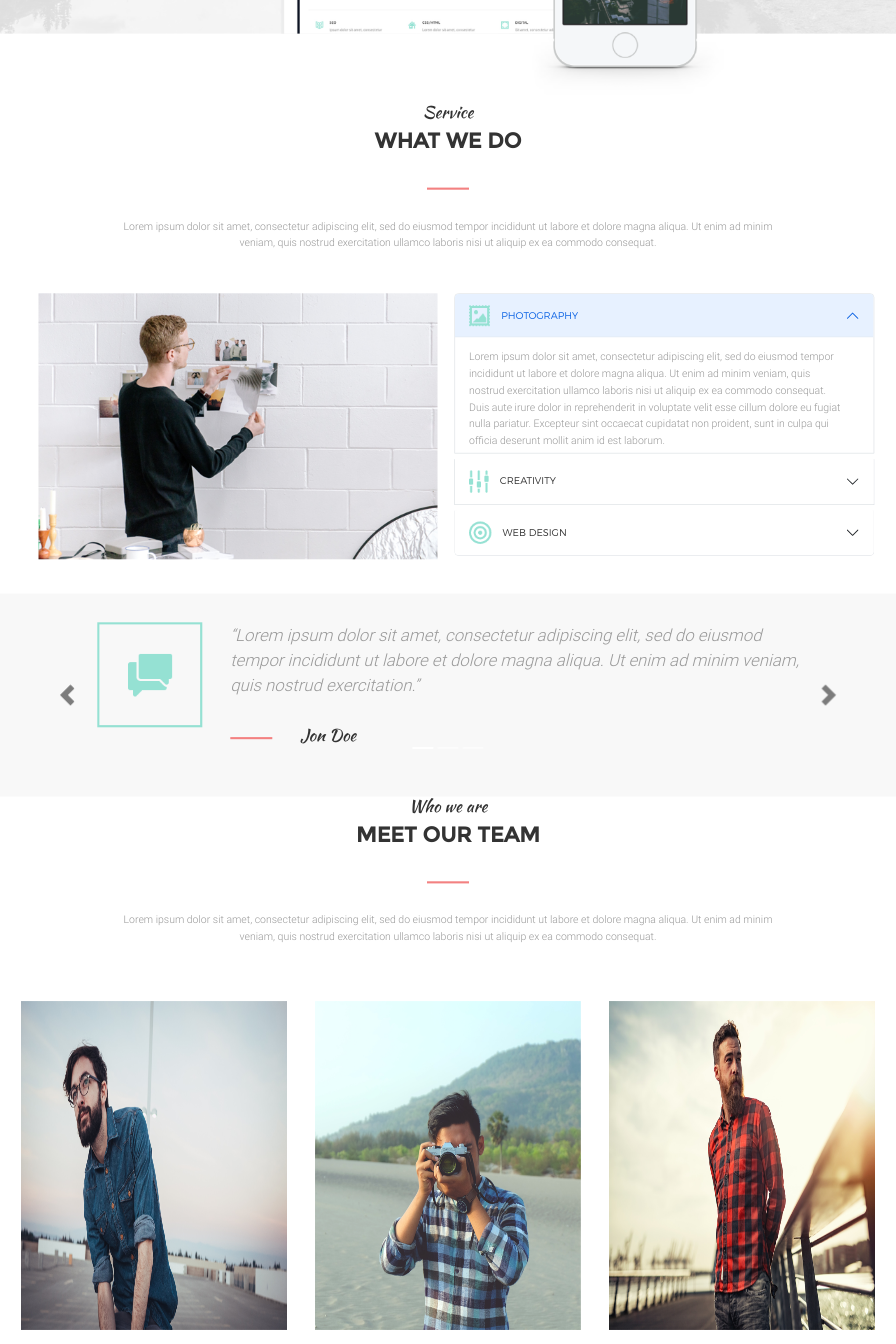
Repository: RaffiBarseghyan/mogo
Page: /
The author's editor kept a copy of each file at every save. The page is drawn from the files as they stood at one save, then again after a run of saves.
The browser window is 1280 px wide. The pictures show the part of the page from y = 3380 to 5300 px (the page is 5300 px tall), at 70% of full size.
The project was rebuilt for these pictures with package versions that can differ from the ones it lists, and the page was loaded fresh each time.

Above is the page before, as saved 2023-05-12 23:21:46.

### src/App.jsx
import "./App.css";
import "bootstrap/dist/css/bootstrap.min.css";
import "bootstrap/dist/js/bootstrap.bundle";
import Header from "./Pages/Header/header";
import AboutUs from "./Pages/AboutUs/aboutUs";
import WorkWith from "./Pages/WorkWith/workWith";
import AllDevice from "./Pages/AllDevice/allDevice";
import Service from "./Pages/ServicePage/service";
import WeAre from "./Pages/WeAre/weAre";

function App() {
  return (
    <div className="App">
      <Header />
      <AboutUs />
      <WorkWith />
      <AllDevice />
      <Service />
      <WeAre />
    </div>
  );
}

export default App;

### src/Pages/AboutUs/aboutUs.jsx
import style from "./aboutUs.module.scss";
import aboutUs1 from "../../Assets/Images/aboutUs1.png";
import aboutUs2 from "../../Assets/Images/aboutUs2.png";
import aboutUs3 from "../../Assets/Images/aboutUs3.png";
import user from "../../Assets/Images/USERS.png";

function AboutUs() {
  return (
    <>
      <div className={style.aboutUs}>
        <h3>What we do</h3>
        <h2>Story about us</h2>
        <div className={style.line}></div>
        <p>
          Lorem ipsum dolor sit amet, consectetur adipiscing elit, sed do
          eiusmod tempor incididunt ut labore et dolore magna aliqua. Ut enim ad
          minim <br />
          veniam, quis nostrud exercitation ullamco laboris nisi ut aliquip ex
          ea commodo consequat.
        </p>
        <div className="d-flex justify-content-center flex-wrap ">
          <div className={style.imgDiv}>
            <img src={user} alt="" className={style.user} />
            <p>SUPER TEAM</p>
            <img src={aboutUs1} alt="" className={style.aboutImg} />
          </div>
          <div className={style.imgDiv}>
            <img src={user} alt="" className={style.user} />
            <p>SUPER TEAM</p>
            <img src={aboutUs2} alt="" className={style.aboutImg} />
          </div>
          <div className={style.imgDiv}>
            <img src={user} alt="" className={style.user} />
            <p>SUPER TEAM</p>
            <img src={aboutUs3} alt="" className={style.aboutImg} />
          </div>
        </div>
      </div>

      <div
        className={`${style.aboutUsFooter} d-flex justify-content-center align-items-center flex-wrap`}
      >
        <div className={style.first_line}>
          <h2>42</h2>
          <p>Web Design Projects</p>
        </div>
        <div>
          <h2>123</h2>
          <p>happy client</p>
        </div>
        <div>
          <h2>15</h2>
          <p>award winner</p>
        </div>
        <div>
          <h2>99</h2>
          <p>cup of coffee</p>
        </div>
        <div>
          <h2>24</h2>
          <p>members</p>
        </div>
      </div>
    </>
  );
}

export default AboutUs;

### src/Pages/WorkWith/workWith.jsx
import style from "./workWith.module.scss";
import ALARM from "../../Assets/Images/ALARM.png";
import LINEGRAPH from "../../Assets/Images/LINEGRAPH.png";
import COMPUTER_OK from "../../Assets/Images/COMPUTER_OK.png";
import BOOK from "../../Assets/Images/BOOK.png";
import HOME from "../../Assets/Images/HOME.png";
import IMAGE from "../../Assets/Images/IMAGE.png";

function WorkWith() {
  return (
    <>
      <div className={style.workWith}>
        <h3>We work with</h3>
        <h2>Amazing Services</h2>
        <div className={style.line}></div>

        <div
          className={`${style.workWithFooter} d-flex flex-wrap justify-content-center container`}
        >
          <div className={`d-flex ${style.box1}`}>
            <div>
              <img src={ALARM} alt="" />
            </div>
            <div>
              <h2>Photography</h2>
              <p>
                Lorem ipsum dolor sit amet, consectetur <br />
                adipiscing elit, sed do eiusmod tempor.
              </p>
            </div>
          </div>
          <div className={`d-flex ${style.box2}`}>
            <div>
              <img src={LINEGRAPH} alt="" />
            </div>
            <div>
              <h2>Web Design</h2>
              <p>
                Ipsum dolor sit amet, consectetur <br />
                adipiscing elit, sed do eiusmod tempor.
              </p>
            </div>
          </div>
          <div className={`d-flex ${style.box3}`}>
            <div>
              <img src={COMPUTER_OK} alt="" />
            </div>
            <div>
              <h2>Creativity</h2>
              <p>
                Dolor sit amet, consectetur adipiscing elit, <br />
                sed do eiusmod tempor.
              </p>
            </div>
          </div>
          <div className={`d-flex ${style.box4}`}>
            <div>
              <img src={BOOK} alt="" />
            </div>
            <div>
              <h2>seo</h2>
              <p>
                Ipsum dolor sit amet, consectetur <br />
                adipiscing elit, sed do eiusmod.
              </p>
            </div>
          </div>
          <div className={`d-flex ${style.box5}`}>
            <div>
              <img src={HOME} alt="" />
            </div>
            <div>
              <h2>Css/Html</h2>
              <p>
                Lorem dolor sit amet, consectetur <br />
                adipiscing elit, sed do tempor.
              </p>
            </div>
          </div>
          <div className={`d-flex ${style.box6}`}>
            <div>
              <img src={IMAGE} alt="" />
            </div>
            <div>
              <h2>digital</h2>
              <p>
                Sit amet, consectetur adipiscing elit, sed do <br />
                eiusmod tempor.
              </p>
            </div>
          </div>
        </div>
      </div>
    </>
  );
}

export default WorkWith;

### src/Pages/AllDevice/allDevice.jsx
import style from "./allDevice.module.scss";
import ipad from "../../Assets/Images/ipad.png";
import iphone from "../../Assets/Images/iphone.png";

function AllDevice() {
  return (
    <>
      <div className={`${style.allDevice}`}>
        <div className={style.allDeviceBg}>
          <h3>For all devices</h3>
          <h2>Unique design</h2>
          <div className={style.line}></div>
          <img src={ipad} alt="" className={style.ipad}/>
          <img src={iphone} alt="" className={style.iphone} />
        </div>
      </div>
    </>
  );
}

export default AllDevice;

### src/Pages/WeAre/weAre.jsx
import style from "./weAre.module.scss";
import admin1 from "../../Assets/Images/admin1.png";
import admin2 from "../../Assets/Images/admin2.png";
import admin3 from "../../Assets/Images/admin3.png";

function WeAre() {
  return (
    <>
      <div className={`${style.WeAre}`}>
        <h3>Who we are</h3>
        <h2>Meet our team</h2>
        <div className={style.line}></div>
        <p>
          Lorem ipsum dolor sit amet, consectetur adipiscing elit, sed do
          eiusmod tempor incididunt ut labore et dolore magna aliqua. Ut enim ad
          minim <br />
          veniam, quis nostrud exercitation ullamco laboris nisi ut aliquip ex
          ea commodo consequat.
        </p>

        <div className="d-flex justify-content-center flex-wrap ">
          <div className={style.imgDiv}>
            {/* <img src={user} alt="" className={style.user} /> */}
            <p>SUPER TEAM</p>
            <img src={admin1} alt="" className={style.aboutImg} />
          </div>
          <div className={style.imgDiv}>
            {/* <img src={user} alt="" className={style.user} /> */}
            <p>SUPER TEAM</p>
            <img src={admin2} alt="" className={style.aboutImg} />
          </div>
          <div className={style.imgDiv}>
            {/* <img src={user} alt="" className={style.user} /> */}
            <p>SUPER TEAM</p>
            <img src={admin3} alt="" className={style.aboutImg} />
          </div>
        </div>
      </div>
    </>
  );
}

export default WeAre;

### src/Pages/AboutUs/aboutUs.module.scss
@font-face {
  font-family: Montserrat;
  src: url("../../Assets/Fonts/montserrat/Montserrat-Light.otf")
    format("truetype");
}

@font-face {
  font-family: Montserrat_mid;
  src: url("../../Assets/Fonts/montserrat/Montserrat-Regular.ttf")
    format("truetype");
}

@font-face {
  font-family: Montserrat_bold;
  src: url("../../Assets/Fonts/montserrat/Montserrat-ExtraBold.otf")
    format("truetype");
}

@font-face {
  font-family: kaushan;
  src: url("../../Assets/Fonts/kaushan-script/kaushan-script.kaushanscript-regular.otf")
    format("truetype");
}

@font-face {
  font-family: Roboto;
  src: url("../../Assets/Fonts/robotofont/Roboto-Light.ttf") format("truetype");
}

.aboutUs {
  min-height: 750px;
  display: flex;
  flex-direction: column;
  align-items: center;
  justify-content: center;
  h3 {
    font-size: 24px;
    color: #333333;
    font-weight: 400;
    font-family: "kaushan";
    text-align: center;
  }
  h2 {
    font-size: 30px;
    text-transform: uppercase;
    color: #333333;
    font-weight: 700;
    font-family: "Montserrat_mid";
    text-align: center;
  }
  p {
    font-size: 15px;
    line-height: 24px;
    color: #999999;
    font-weight: 400;
    font-family: "Roboto";
    text-align: center;
    margin-bottom: 60px;
  }
  .line {
    width: 60px;
    height: 3px;
    background-color: #f38181;
    margin: 40px;
  }
  img {
    width: 380px;
    height: 250px;
    aspect-ratio: 3/2;
    object-fit: cover;
  }

  .imgDiv {
    width: 380px;
    height: 250px;
    margin: 20px;
    transition: 0.5s;
    display: flex;
    flex-direction: column;
    justify-content: center;
    align-items: center;
    p {
      font-size: 18px;
      text-transform: uppercase;
      color: #ffffff;
      font-weight: 700;
      font-family: "Montserrat";
      text-align: center;
      display: none;
      position: absolute;
      margin-top: 80px;
    }
    .user {
      width: 32px;
      height: 23px;
      display: none;
      position: absolute;
      margin-bottom: 30px;
    }
  }

  .imgDiv:hover {
    transition: 0.5s;
    box-shadow: 10px 10px 0px 0px rgba(149, 225, 211, 1);
    -webkit-box-shadow: 10px 10px 0px 0px rgba(149, 225, 211, 1);
    -moz-box-shadow: 10px 10px 0px 0px rgba(149, 225, 211, 1);
    cursor: pointer;
    p,
    .user {
      display: block;
    }
    background: rgb(226, 204, 123);
    background: linear-gradient(
      0deg,
      rgba(226, 204, 123, 1) 0%,
      rgba(219, 116, 116, 1) 53%
    );

    .aboutImg {
      opacity: 0.2;
    }
  }
}

.aboutUsFooter {
  min-height: 270px;
  background-color: #95e1d3;
  h2 {
    font-size: 72px;
    text-transform: uppercase;
    color: #ffffff;
    font-weight: 700;
    font-family: "Montserrat_bold";
    text-align: center;
  }
  p {
    font-size: 14px;
    text-transform: uppercase;
    color: #ffffff;
    font-weight: 400;
    font-family: "Montserrat";
    text-align: center;
  }
  div {
    width: 240px;
    height: 270px;
    border-right: 1px solid #ffffff;
    border-left: 1px solid #ffffff;

    display: flex;
    flex-direction: column;
    justify-content: center;
  }
}

### src/Pages/WorkWith/workWith.module.scss
@font-face {
  font-family: Montserrat;
  src: url("../../Assets/Fonts/montserrat/Montserrat-Light.otf")
    format("truetype");
}

@font-face {
  font-family: Montserrat_mid;
  src: url("../../Assets/Fonts/montserrat/Montserrat-Regular.ttf")
    format("truetype");
}

@font-face {
  font-family: Montserrat_bold;
  src: url("../../Assets/Fonts/montserrat/Montserrat-ExtraBold.otf")
    format("truetype");
}

@font-face {
  font-family: kaushan;
  src: url("../../Assets/Fonts/kaushan-script/kaushan-script.kaushanscript-regular.otf")
    format("truetype");
}

.workWith {
  min-height: 750px;
  display: flex;
  flex-direction: column;
  align-items: center;
  justify-content: center;
  h3 {
    font-size: 24px;
    color: #333333;
    font-weight: 400;
    font-family: "kaushan";
    text-align: center;
  }
  h2 {
    font-size: 30px;
    text-transform: uppercase;
    color: #333333;
    font-weight: 700;
    font-family: "Montserrat_mid";
    text-align: center;
  }
  .line {
    width: 60px;
    height: 3px;
    background-color: #f38181;
    margin: 40px;
  }
}

.workWithFooter {
  > div {
    width: 400px;
    margin-top: 90px;
  }
  h2 {
    font-size: 14px;
    text-transform: uppercase;
    color: #333333;
    font-weight: 400;
    font-family: "Montserrat";
    text-align: start;
  }
  p {
    font-size: 15px;
    line-height: 24px;
    color: #999999;
    font-weight: 400;
    font-family: "Roboto";
    text-align: start;
  }
  img {
    margin-right: 30px;
  }
}

.box1,
.box2,
.box3 {
  border-bottom: 1px solid #e5e5e5;
}

@media only screen and (max-width: 1399.2px) {
  .box1,
  .box2,
  .box3,
  .box4 {
    border-bottom: 1px solid #e5e5e5;
  }
}

@media only screen and (max-width: 991.2px) {
  .box1,
  .box2,
  .box3,
  .box4,
  .box5 {
    border-bottom: 1px solid #e5e5e5;
  }
}

### src/Pages/AllDevice/allDevice.module.scss
@font-face {
  font-family: Montserrat;
  src: url("../../Assets/Fonts/montserrat/Montserrat-Light.otf")
    format("truetype");
}

@font-face {
  font-family: Montserrat_mid;
  src: url("../../Assets/Fonts/montserrat/Montserrat-Regular.ttf")
    format("truetype");
}

@font-face {
  font-family: Montserrat_bold;
  src: url("../../Assets/Fonts/montserrat/Montserrat-ExtraBold.otf")
    format("truetype");
}

@font-face {
  font-family: kaushan;
  src: url("../../Assets/Fonts/kaushan-script/kaushan-script.kaushanscript-regular.otf")
    format("truetype");
}

.allDevice {
  min-height: 900px;

  h3 {
    font-size: 24px;
    color: #333333;
    font-weight: 400;
    font-family: "kaushan";
    text-align: center;
  }
  h2 {
    font-size: 30px;
    text-transform: uppercase;
    color: #333333;
    font-weight: 700;
    font-family: "Montserrat_mid";
    text-align: center;
  }
  .line {
    width: 60px;
    height: 3px;
    background-color: #f38181;
    margin: 40px;
  }
  .allDeviceBg {
    width: 100%;
    min-height: 850px;
    background-image: url("../../Assets/Images/allDeviceBg.png");
    background-position: center;
    background-size: cover;
    background-repeat: no-repeat;

    display: flex;
    flex-direction: column;
    align-items: center;
    justify-content: center;
  }
}

.ipad {
  position: absolute;
  margin-top: 268px;
}

.iphone {
  position: relative;
  top: 194px;
  left: 257px;
}

@media only screen and (max-width: 992.2px) {
  .ipad {
    width: 378px;
    height: 480px;
    margin-top: 370px;
  }
  .iphone {
    width: 200px;
    height: 360px;
    top: 225px;
    left: 217px;
  }
}

@media only screen and (max-width: 650.2px) {
  .ipad {
    width: 290px;
    height: 380px;
    margin-top: 470px;
  }
  .iphone {
    width: 165px;
    height: 290px;
    top: 250px;
    left: 159px;
  }
}

### src/Pages/ServicePage/service.module.scss
@font-face {
  font-family: Montserrat;
  src: url("../../Assets/Fonts/montserrat/Montserrat-Light.otf")
    format("truetype");
}

@font-face {
  font-family: Montserrat_mid;
  src: url("../../Assets/Fonts/montserrat/Montserrat-Regular.ttf")
    format("truetype");
}

@font-face {
  font-family: Montserrat_bold;
  src: url("../../Assets/Fonts/montserrat/Montserrat-ExtraBold.otf")
    format("truetype");
}

@font-face {
  font-family: kaushan;
  src: url("../../Assets/Fonts/kaushan-script/kaushan-script.kaushanscript-regular.otf")
    format("truetype");
}
@font-face {
  font-family: Roboto;
  src: url("../../Assets/Fonts/robotofont/Roboto-Light.ttf") format("truetype");
}

.Service {
  min-height: 750px;
  display: flex;
  flex-direction: column;
  align-items: center;
  justify-content: center;
  h3 {
    font-size: 24px;
    color: #333333;
    font-weight: 400;
    font-family: "kaushan";
    text-align: center;
  }
  h2 {
    font-size: 30px;
    text-transform: uppercase;
    color: #333333;
    font-weight: 700;
    font-family: "Montserrat_mid";
    text-align: center;
  }
  p {
    font-size: 15px;
    line-height: 24px;
    color: #999999;
    font-weight: 400;
    font-family: "Roboto";
    text-align: center;
    margin-bottom: 60px;
  }
}
.line {
  width: 60px;
  height: 3px;
  background-color: #f38181;
  margin: 40px;
}
.acordeon {
  width: 600px;
  height: 380px;
  button {
    font-size: 14px;
    text-transform: uppercase;
    color: #333333;
    font-weight: 400;
    font-family: "Montserrat";
  }
  .acordeonBody {
    width: 590px;
    height: 165px;
    font-size: 15px;
    line-height: 24px;
    color: #999999;
    font-weight: 300;
    font-family: "Roboto";
    text-align: start;
    overflow: auto;
  }
  ::-webkit-scrollbar {
    width: 5px;
  }

  /* Track */
  ::-webkit-scrollbar-track {
    box-shadow: inset 0 0 5px #f5f5f5;
    border-radius: 10px;
  }

  /* Handle */
  ::-webkit-scrollbar-thumb {
    background-color: #95e1d3;
    border-radius: 10px;
  }

  /* Handle on hover */
  ::-webkit-scrollbar-thumb:hover {
    background-color: #7fc0b4;
  }
}

.serviceFooter {
  min-height: 290px;
  background-color: #f8f8f8;
  display: flex;
  align-items: center;
  justify-content: center;
  > div {
    width: 1300px;
  }
  p {
    font-size: 24px;
    line-height: 36px;
    color: #999999;
    font-weight: 300;
    font-style: italic;
    font-family: "Roboto";
    text-align: start;
    margin-left: 40px;
  }
  h2 {
    font-size: 24px;
    color: #333333;
    font-weight: 400;
    font-family: "kaushan";
  }
}

.prev {
  width: 30px;
  height: 30px;
  background-image: url("data:[embedded picture, 192 characters]");
}

.next {
  width: 30px;
  height: 30px;
  background-image: url("data:[embedded picture, 193 characters]");
}

@media only screen and (max-width: 650.2px) {
  .acordeon {
    width: 480px;
    margin-top: 20px;
  }
  .acordeonBody {
    max-width: 470px;
  }
  .Service > div > img {
    width: 459px;
    height: 300px;
  }
  .serviceFooter{
    img{
        display: none;
    }
  }
}

### src/Pages/WeAre/weAre.module.scss
@font-face {
  font-family: Montserrat;
  src: url("../../Assets/Fonts/montserrat/Montserrat-Light.otf")
    format("truetype");
}

@font-face {
  font-family: Montserrat_mid;
  src: url("../../Assets/Fonts/montserrat/Montserrat-Regular.ttf")
    format("truetype");
}

@font-face {
  font-family: Montserrat_bold;
  src: url("../../Assets/Fonts/montserrat/Montserrat-ExtraBold.otf")
    format("truetype");
}

@font-face {
  font-family: kaushan;
  src: url("../../Assets/Fonts/kaushan-script/kaushan-script.kaushanscript-regular.otf")
    format("truetype");
}
@font-face {
  font-family: Roboto;
  src: url("../../Assets/Fonts/robotofont/Roboto-Light.ttf") format("truetype");
}

.WeAre {
  min-height: 750px;
  display: flex;
  flex-direction: column;
  align-items: center;
  justify-content: center;
  h3 {
    font-size: 24px;
    color: #333333;
    font-weight: 400;
    font-family: "kaushan";
    text-align: center;
  }
  h2 {
    font-size: 30px;
    text-transform: uppercase;
    color: #333333;
    font-weight: 700;
    font-family: "Montserrat_mid";
    text-align: center;
  }
  p {
    font-size: 15px;
    line-height: 24px;
    color: #999999;
    font-weight: 400;
    font-family: "Roboto";
    text-align: center;
    margin-bottom: 60px;
  }
  img {
    width: 380px;
    height: 470px;
    aspect-ratio: 3/2;
    object-fit: inherit;
  }
}
.line {
  width: 60px;
  height: 3px;
  background-color: #f38181;
  margin: 40px;
}

.imgDiv {
  width: 380px;
  height: 470px;
  margin: 20px;
  transition: 0.5s;
  display: flex;
  flex-direction: column;
  justify-content: center;
  align-items: center;
  p {
    font-size: 18px;
    text-transform: uppercase;
    color: #ffffff;
    font-weight: 700;
    font-family: "Montserrat";
    text-align: center;
    display: none;
    position: absolute;
    margin-top: 80px;
  }
  .user {
    width: 32px;
    height: 23px;
    display: none;
    position: absolute;
    margin-bottom: 30px;
  }
}
.imgDiv:hover {
  transition: 0.5s;
  box-shadow: 10px 10px 0px 0px rgba(149, 225, 211, 1);
  -webkit-box-shadow: 10px 10px 0px 0px rgba(149, 225, 211, 1);
  -moz-box-shadow: 10px 10px 0px 0px rgba(149, 225, 211, 1);
  cursor: pointer;
  p,
  .user {
    display: block;
  }
  background: rgb(226, 204, 123);
  background: linear-gradient(
    0deg,
    rgba(226, 204, 123, 1) 0%,
    rgba(219, 116, 116, 1) 53%
  );

  .aboutImg {
    opacity: 0.2;
  }
}

Loaded but not shown: public/index.html (common file); src/index.js (common file); src/index.css (common file); src/reportWebVitals.js (common file); src/App.css (common file); src/Pages/ServicePage/service.jsx (248 lines, source omitted); src/Pages/Header/header.module.scss (204 lines, source omitted); src/Pages/Header/header.jsx (96 lines, source omitted)

After the next 6 saves:
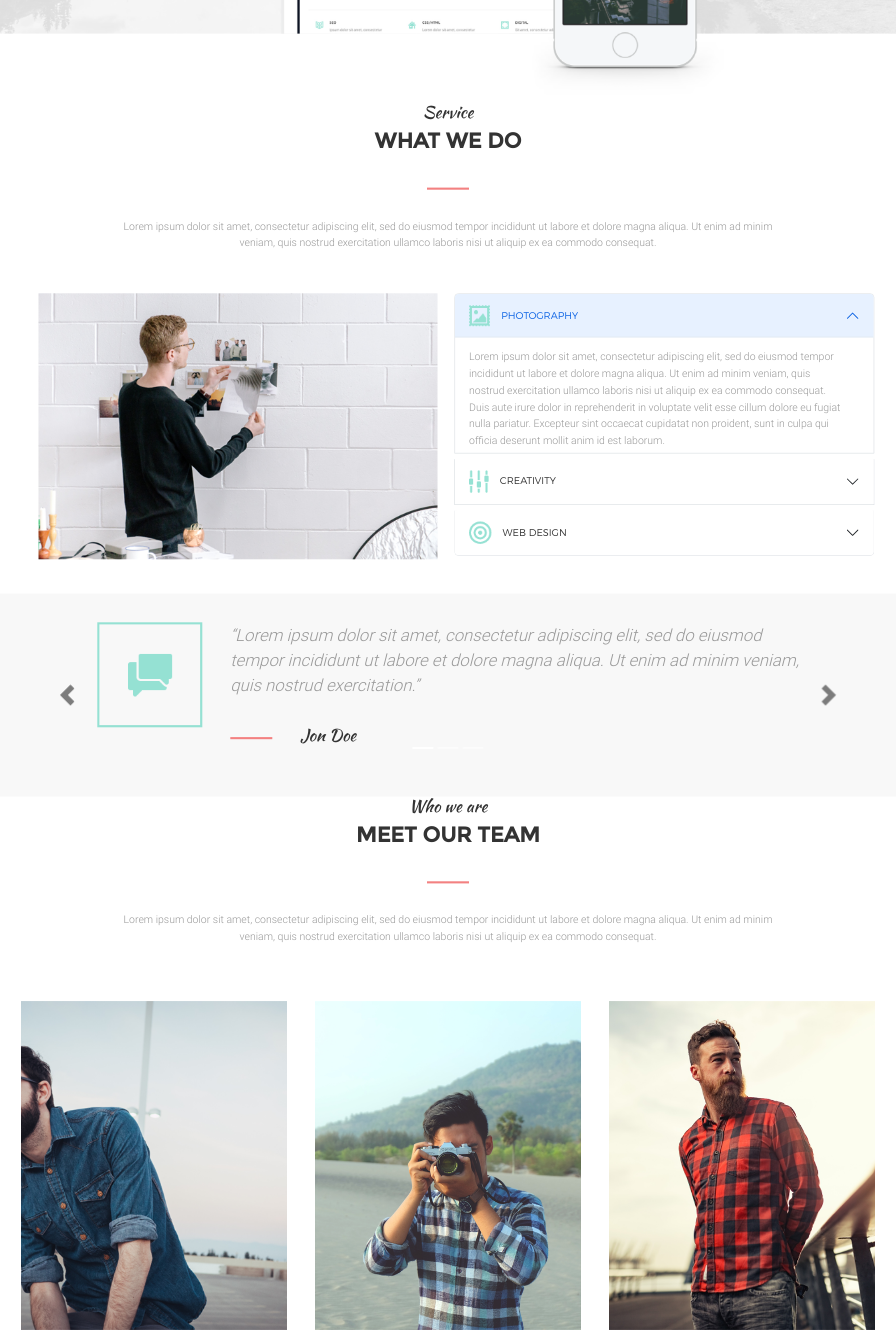
The 6 saves are shown as one change because they came seconds apart.
The last was saved 20 s later.
--- a/src/Pages/WeAre/weAre.module.scss
+++ b/src/Pages/WeAre/weAre.module.scss
@@ -60,7 +60,7 @@
     width: 380px;
     height: 470px;
     aspect-ratio: 3/2;
-    object-fit: inherit;
+    object-fit: cover;
   }
 }
 .line {
